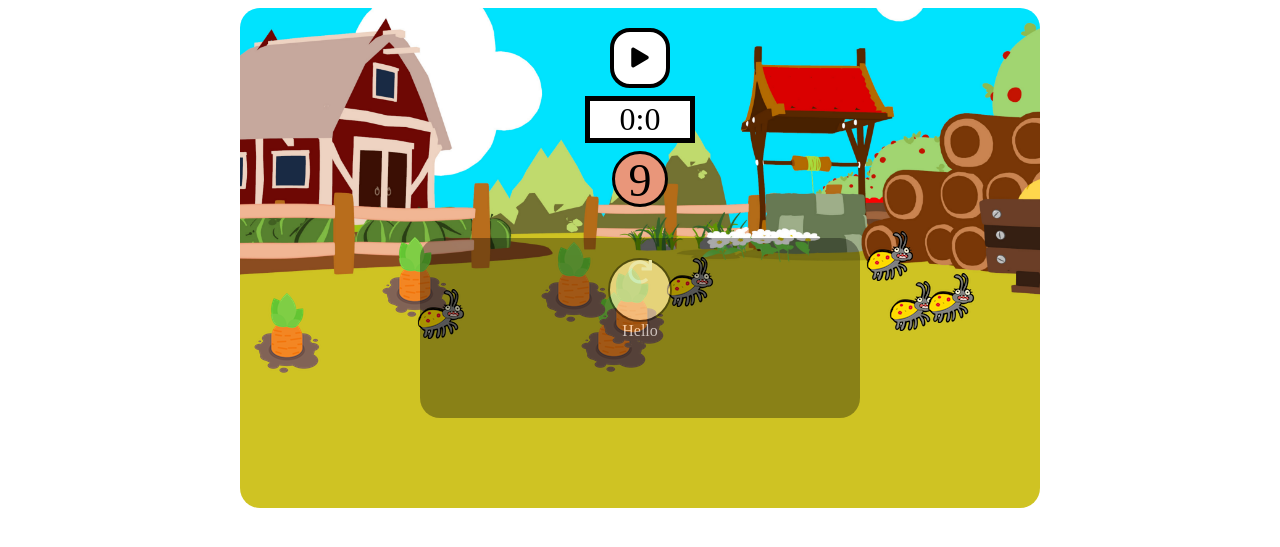
Repository: DevMinwoo-Jung/JavaScript101
Page: WebApIs/carrotClone/index.html
An editor plug-in stored every save of this project. The page is shown before and after the next save, followed by the edit.
The browser window is 1280 px wide. The pictures show the whole page.

Above is the page before, as saved 2021-06-22 15:17:07.

### WebApIs/carrotClone/index.html
<!DOCTYPE html>
<html lang="en">
<head>
  <meta charset="UTF-8">
  <meta http-equiv="X-UA-Compatible" content="IE=edge">
  <meta name="viewport" content="width=device-width, initial-scale=1.0">
  <link rel="stylesheet" href="style.css">
  <script src="main.js" defer></script>
  <link rel="stylesheet" href="https://use.fontawesome.com/releases/v5.15.3/css/all.css" integrity="sha384-SZXxX4whJ79/gErwcOYf+zWLeJdY/qpuqC4cAa9rOGUstPomtqpuNWT9wdPEn2fk" crossorigin="anonymous">
  <title>Fun game</title>
</head>
<body>
  <section class="game">
    <header class="game__header">
      <button class="game__button">
        <i class="fas fa-play"></i>
        <!-- <i class="fas fa-stop"></i> -->
      </button>
        <span class="game__timer">0:0</span>
        <span class="game__score">9</span>
    </header>
    <section class="game__field"></section>
  </section>
  <section class="pop-up">
    <buttno class="pop-up__refresh">
      <i class="fas fa-redo"></i>
    </buttno>
    <span class="pop-up__message">Hello</span>
  </section>
</body>
</html>

### WebApIs/carrotClone/style.css
body {
  text-align: center;
}
.game {
  display: flex;
  flex-direction: column;
  width: 800px;
  height: 500px;
  background: url(img/background.png) center/cover;
  margin: auto;
  border-radius: 20px;
}

button {
  border: none;
  outline: none;
  cursor: pointer;
}
.game__header {
  display: flex;
  flex-direction: column;
  align-items: center;
  padding: 20px;
}

.game__button {
  width: 60px;
  height: 60px;
  background-color: white;
  border: 4px solid black;
  font-size: 20px;
  transition: transfrom 300ms ease-in;
  border-radius: 20px;
}

.game__button:hover {
  transform: scale(1.1);
}

.game__timer {
  width: 100px;
  background-color: white;
  text-align: center;
  border: 5px solid black;
  font-size: 32px;
  margin-top: 8px;
}

.game__score {
  width: 50px;
  height: 50px;
  font-size: 46px;
  border: 3px solid black;
  background-color: darksalmon;
  border-radius: 50%;
  text-align: center;
  margin-top: 8px;
}

.game__field {
  position: relative;
  background-color: blue;
  width: 100%;
  margin-top: 70px;
}

.pop-up {
  width: 400px;
  height: 140px;
  padding: 20px;
  background-color: #00000090;
  border-radius: 20px;
  opacity: 0.6;
  color: white;
  text-align: center;
  margin: auto;
  transform: translateY(-150%);
}

.pop-up__refresh {
  display: block;
  width: 60px;
  height: 60px;
  font-size: 24px;
  background-color: wheat;
  border: 2px solid black;
  border-radius: 50%;
  display: block;
  margin: auto;
}

.pop-up--hide {
  display: none;
}

.pop-up__mesage {
  display: block;
  font-size: 38px;
}

### WebApIs/carrotClone/main.js
const field = document.querySelector('.game__field');
const filedRect = field.getBoundingClientRect();
const CARROT_SIZE = 80;

function initGame() {
  // create bug and carrot
  console.log(filedRect);
  addItem('carrot', 5, 'img/carrot.png');
  addItem('bug', 5, 'img/bug.png');
}



function addItem(classNmae, count, imgPath){
  const x1 = 0;
  const y1 = 0;
  const x2 = filedRect.width - CARROT_SIZE;
  const y2 = filedRect.height - CARROT_SIZE;
  for(let i = 0; i < count ; i ++){
    const item = document.createElement('img');
    item.setAttribute('class', classNmae);
    item.setAttribute('src', imgPath);
    item.style.position = 'absolute'
    const x = randomNumber(x1, x2);
    const y = randomNumber(y1, y2);
    item.style.left = `${x}px`;
    item.style.top = `${y}px`;
    field.appendChild(item);
  }
}

function randomNumber(min, max){
  return Math.random() * (max - min) + min;
}

initGame();

After the next save:
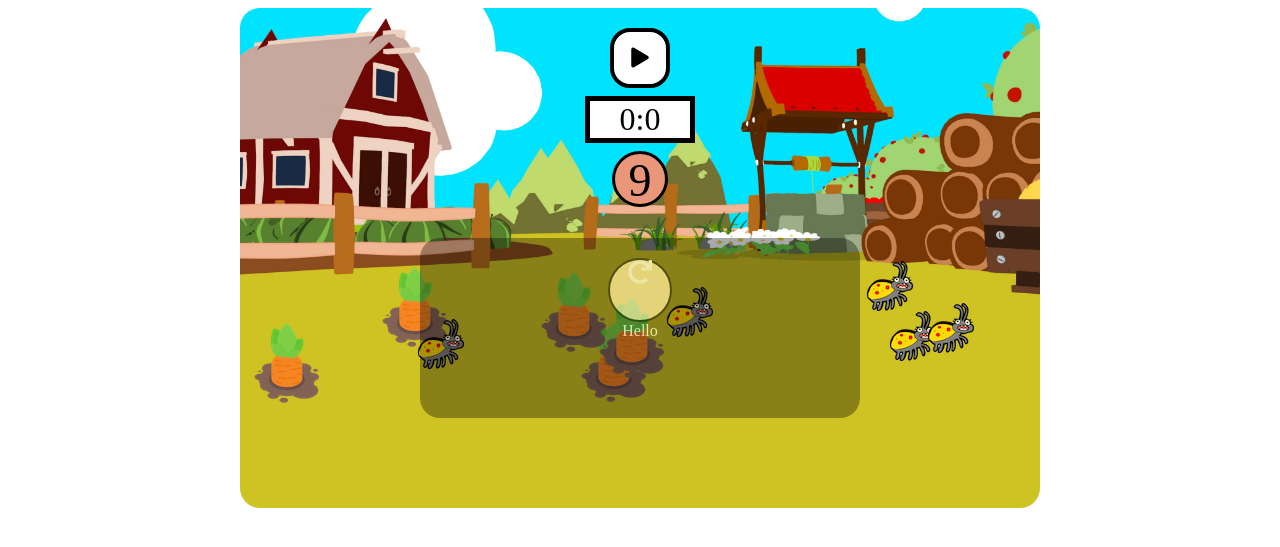
Saved 4 s later.
--- a/WebApIs/carrotClone/style.css
+++ b/WebApIs/carrotClone/style.css
@@ -61,7 +61,7 @@ button {
   position: relative;
   background-color: blue;
   width: 100%;
-  margin-top: 70px;
+  margin-top: 100px;
 }
 
 .pop-up {
